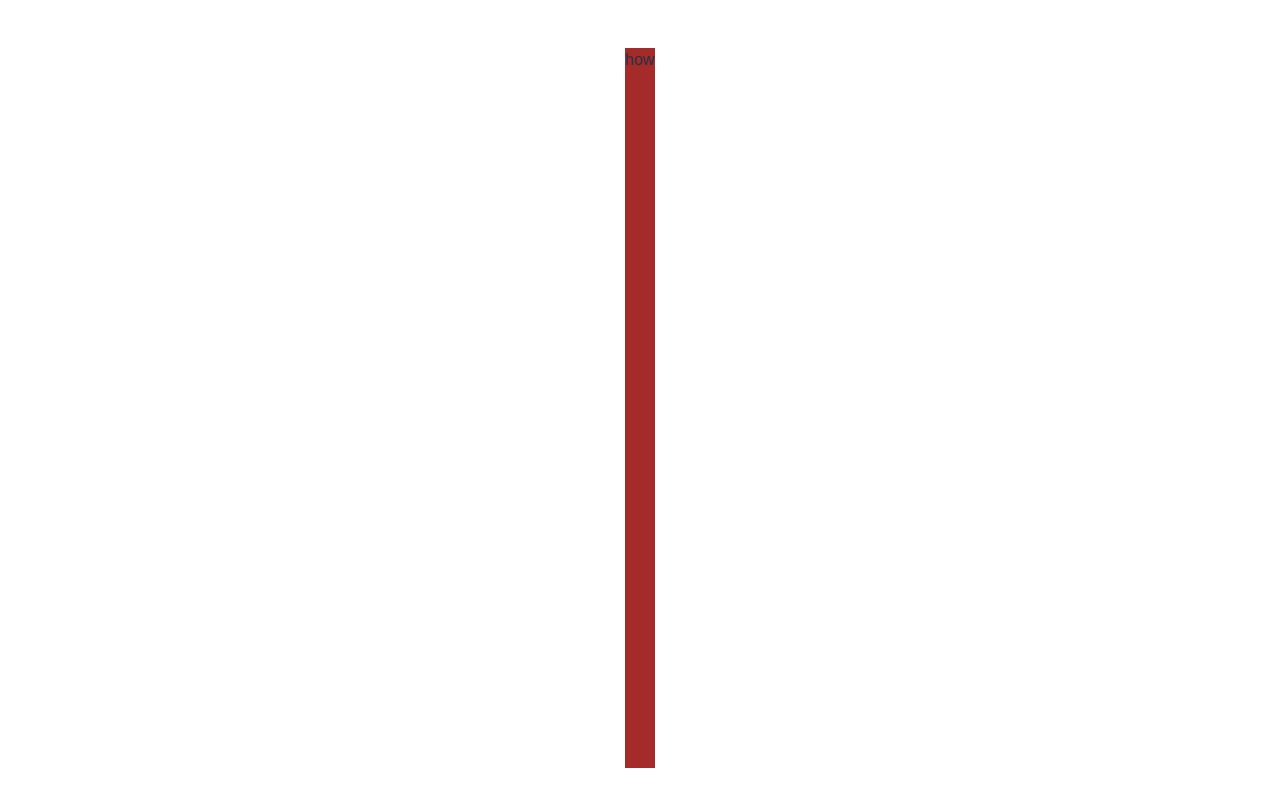
Repository: EphrahimLaanyu123/fashi_onfeet
Page: /shop
The author's editor kept a copy of each file at every save. The page is drawn from the files as they stood at one save, then again after a run of saves.
The browser window is 1280 px wide. The pictures show the whole page.
The project was rebuilt for these pictures with package versions that can differ from the ones it lists, and the page was loaded fresh each time. Also part of the build but not shown: vite.config.js, src/Home/Home.jsx, src/Home/components/Products.css, src/Home/components/Products.jsx, src/Navbar.css, src/Navbar.jsx, src/Shop/components/supabaseClient.js, src/Shop/components/AddForm.css and 1 more.

Above is the page before, as saved 2025-04-18 20:29:46.

After the next 3 saves:
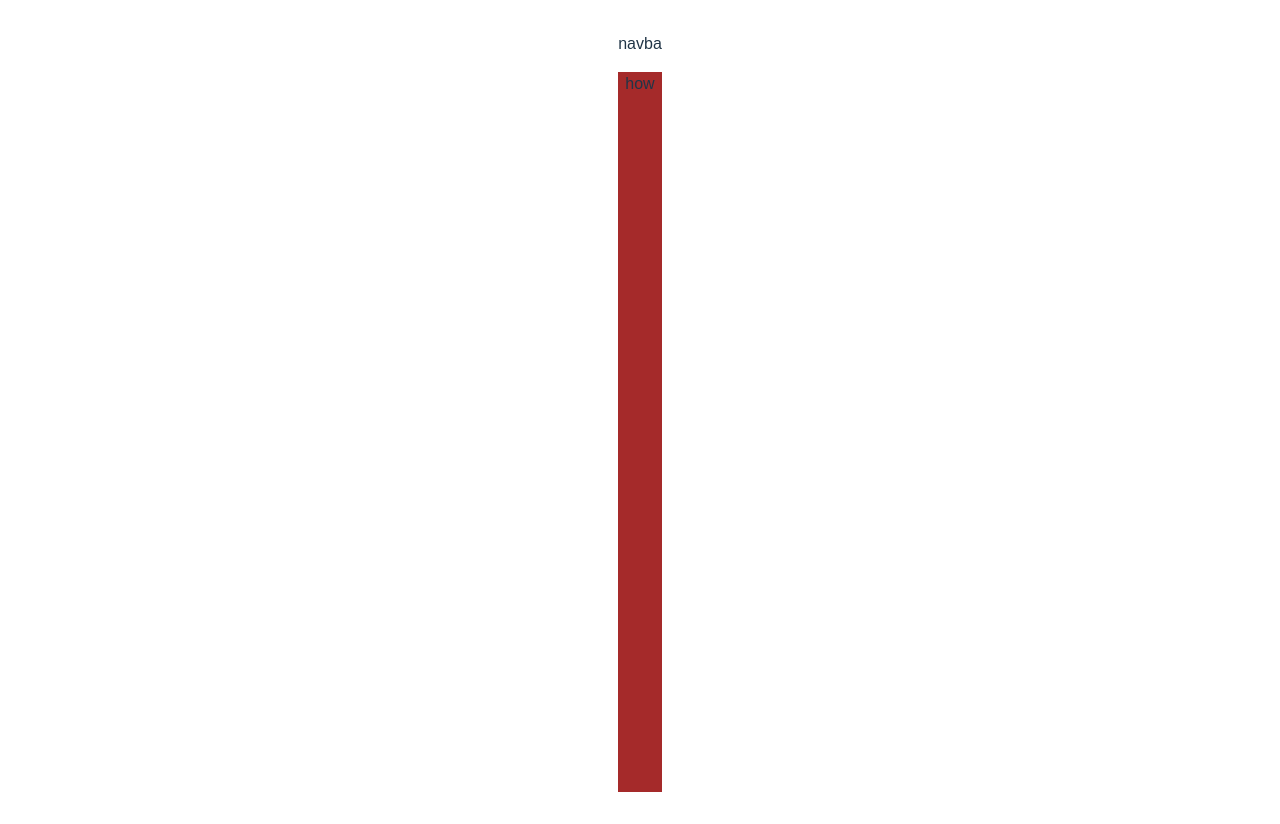
The 3 saves are shown as one change because they came seconds apart.
The last was saved 8 s later.
--- a/src/Shop/Shop.jsx
+++ b/src/Shop/Shop.jsx
@@ -5,6 +5,7 @@ import Navbar from '../Navbar'
 const Shop = () => {
   return (
     <div>
+      navba
       <aside className='sidebar'>
         <p>how</p>
       </aside>
